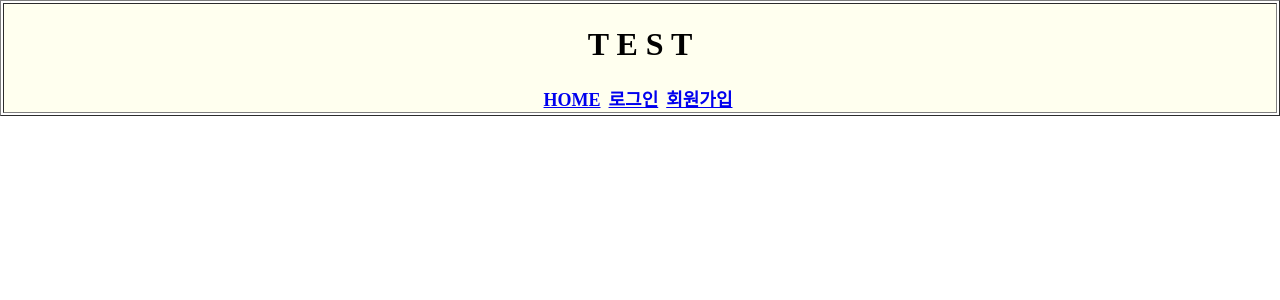
Repository: CHANGMAN-LEE/Java_ee
Page: workspace/test/WebContent/test/index.html
These files come from the project's save history. The page is drawn as it stood at one moment and after the next save; the edit follows.
The browser window is 1280 px wide. The pictures show the whole page.

Above is the page before, as saved 2020-07-09 05:52:42.

### workspace/test/WebContent/test/index.html
<!DOCTYPE html>
<html>
<head>
<meta charset="EUC-KR">
<title>Insert title here</title>
</head>
<body marginheight="0" marginwidth="0">
<table style="width: 100%; height: 100%" border="1">
	<tr height="100" colspan="2" align="center" style="background-color:#FFFFEBCD">
		<td align="center">
			<h1>T E S T</h1>
			<a href="../test/index.html"><font size="4"><strong>HOME</strong></font></a>&nbsp;
			<a href="../test/loginForm.jsp"><font size="4"><strong>로그인</strong></font></a>&nbsp;
			<a href="../test/writeForm.jsp"><font size="4"><strong>회원가입</strong></font></a>&nbsp;
		</td>
	</tr>
</table>
</body>
</html>

After the next save:
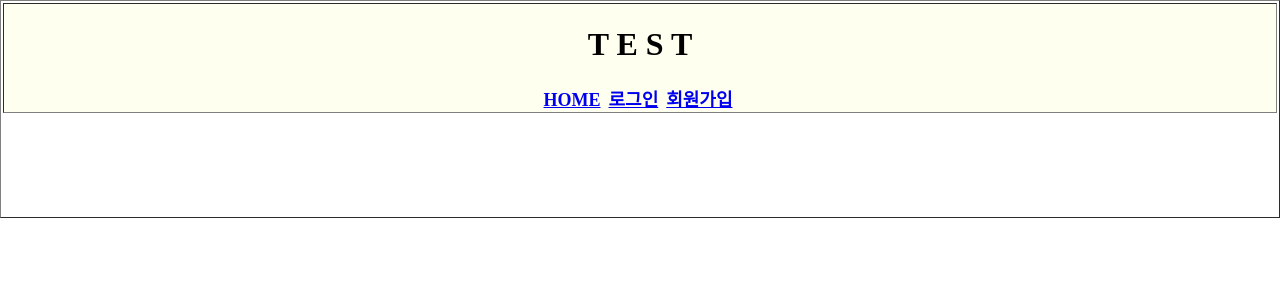
Saved 33 s later.
--- a/workspace/test/WebContent/test/index.html
+++ b/workspace/test/WebContent/test/index.html
@@ -14,6 +14,8 @@
 			<a href="../test/writeForm.jsp"><font size="4"><strong>회원가입</strong></font></a>&nbsp;
 		</td>
 	</tr>
+	<tr height="100" colspan="2" align="center" style="background-color:#FFFFEBCD">
+	</tr>
 </table>
 </body>
 </html>
